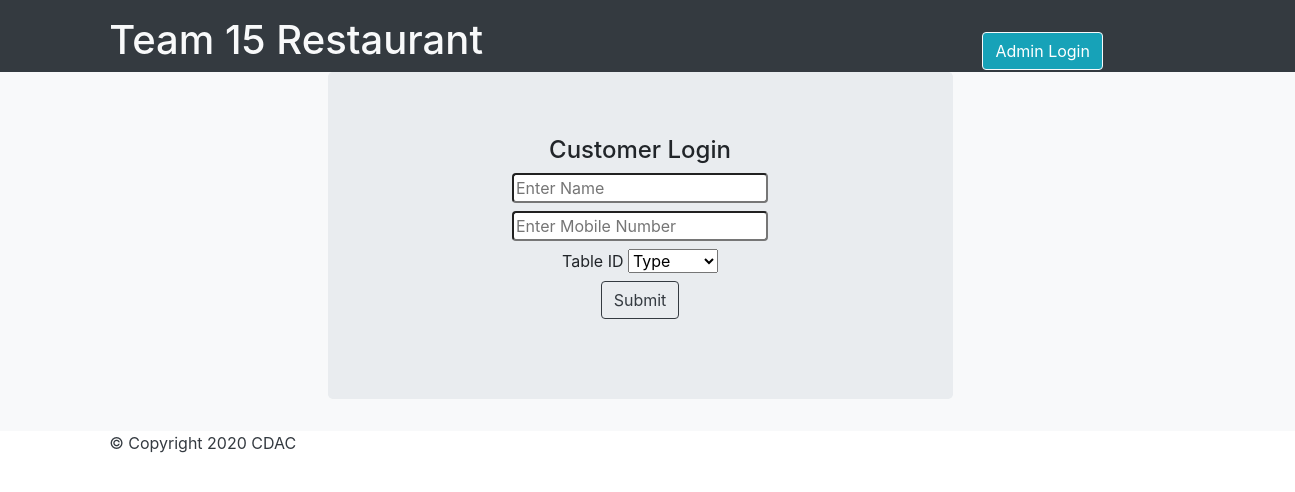
Repository: Pedaxx-IT-solution/E-Waiter-Stuff-
Page: http://localhost/ProjectEwaiter/WEB-INF/views/index.jsp
An editor plug-in stored every save of this project. The page is shown before and after the next save, followed by the edit.
The browser window is 1280 px wide. The page is 1295 px wide, so the pictures cover 1295 px, including what lies to the right of the window. The pictures show the whole page.
The page is served by Tomcat 9. Nobody is signed in. The template is opened directly, without the code that normally fills it, so the values that code supplies are empty.

Above is the page before, as saved 2020-01-23 17:58:53.

After the next save:
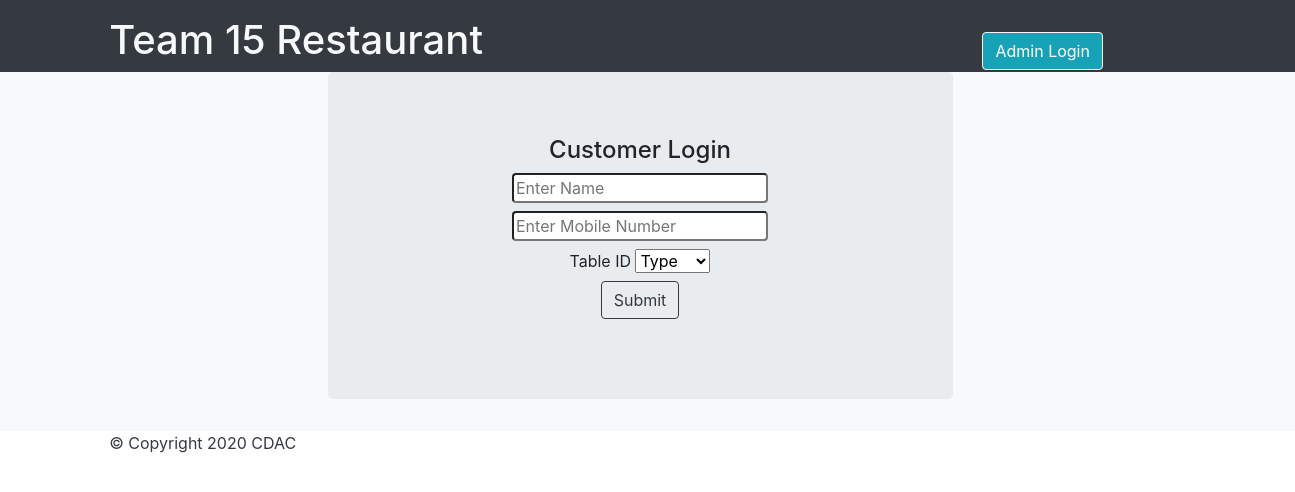
Saved 47 s later.
--- a/MyProject/ProjectEwaiter/src/main/webapp/WEB-INF/views/index.jsp
+++ b/MyProject/ProjectEwaiter/src/main/webapp/WEB-INF/views/index.jsp
@@ -46,10 +46,11 @@ function validateForm() {
 							Table ID <select class="mb-2"
 								name="table_id">
 								<option value="0">Type</option>
-								<option value="1">Admin</option>
-								<option value="2">Manager</option>
-								<option value="3">Chef</option>
-								<option value="4">Waiter</option>
+								<option value="1">Table 1</option>
+								<option value="2">table 2</option>
+								<option value="3">table 2</option>
+								<option value="4">table 2</option>
+								<option value="4">table 2</option>
 							</select> <br>
 
 						<input type="submit" class="btn rounded text-dark border-dark" value="Submit"><br>
